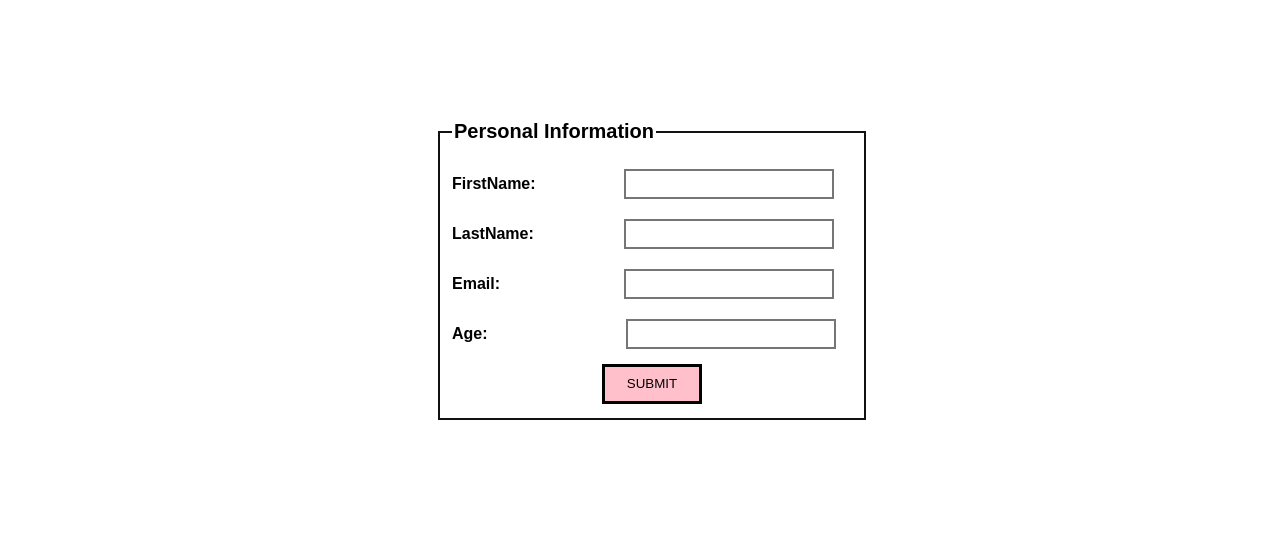
Repository: Femi007-gh/Legend
Page: index.html
An editor plug-in stored every save of this project. The page is shown before and after a run of saves, followed by the edit.
The browser window is 1280 px wide. The pictures show the whole page.

Above is the page before, as saved 2025-04-05 08:05:58.

After the next 3 saves:
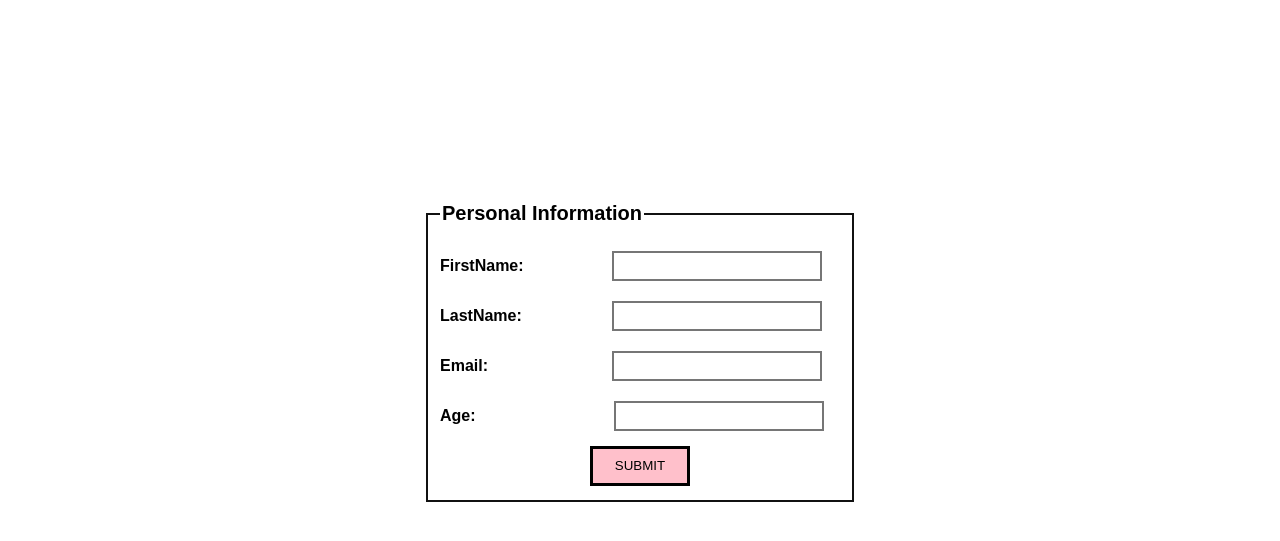
The 3 saves are shown as one change because they came seconds apart.
The last was saved 3 min 12 s later.
--- a/style.css
+++ b/style.css
@@ -1,6 +1,9 @@
 body {
   font-family:Arial, Helvetica, sans-serif;
   font-weight: bold;
+  display: flex;
+  justify-content: center;
+  align-items: center;
 }
 
 .ld {
@@ -11,8 +14,6 @@ body {
   border: 2px solid #111;
   width: 400px;
   height: 280px;
-  margin-left: 430px;
-  margin-top: 120px;
 }
 
 .FN {
